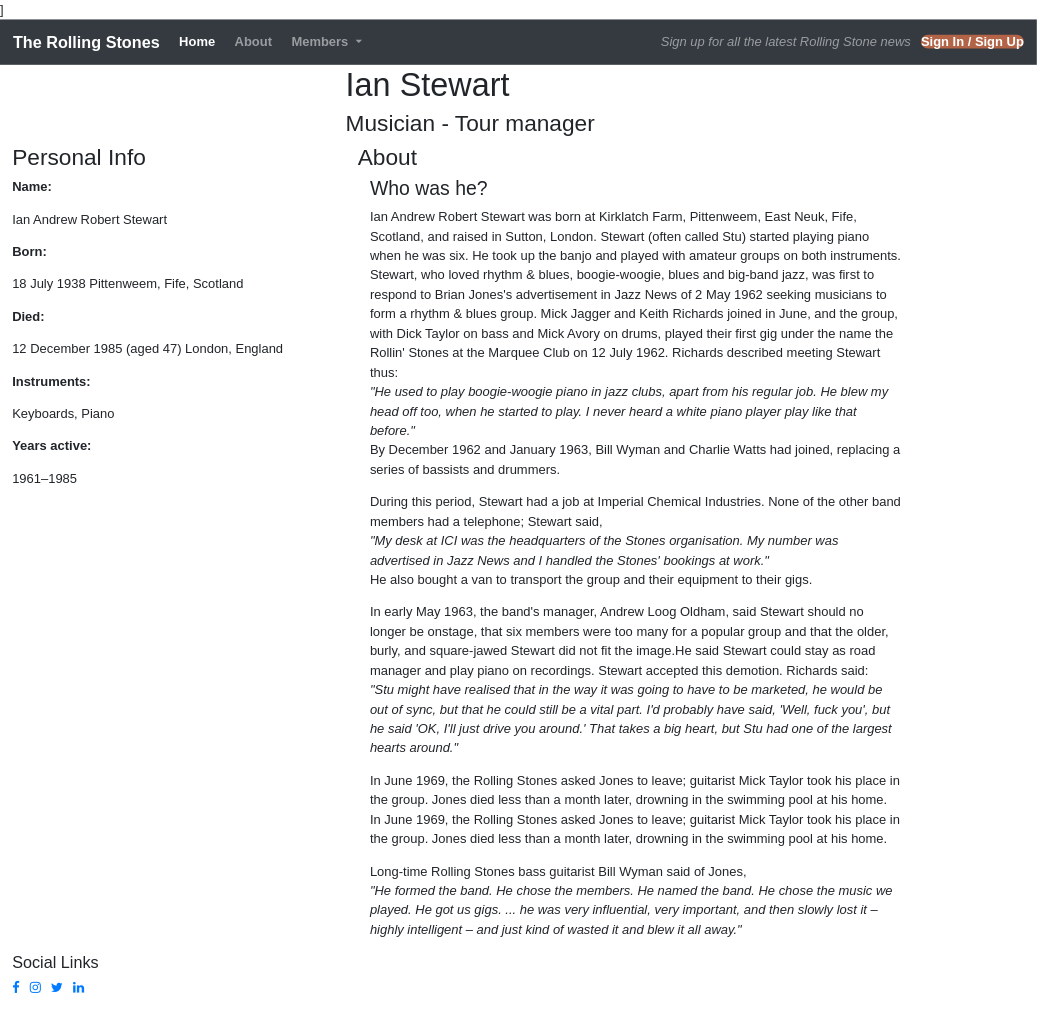
Repository: TecDruid/rolling-stones-fan-site
Page: ian-stewart.html
The author's editor kept a record of every edit. The page is drawn from the files as they stood at one moment, then again after the next edit.
The browser window is 1280 px wide. The pictures show the whole page, at 81% of full size.
Some web fonts or font styles are not loaded; a fallback is used. Some web libraries are served in a nearby version.

Above is the page before.

After the next edit:
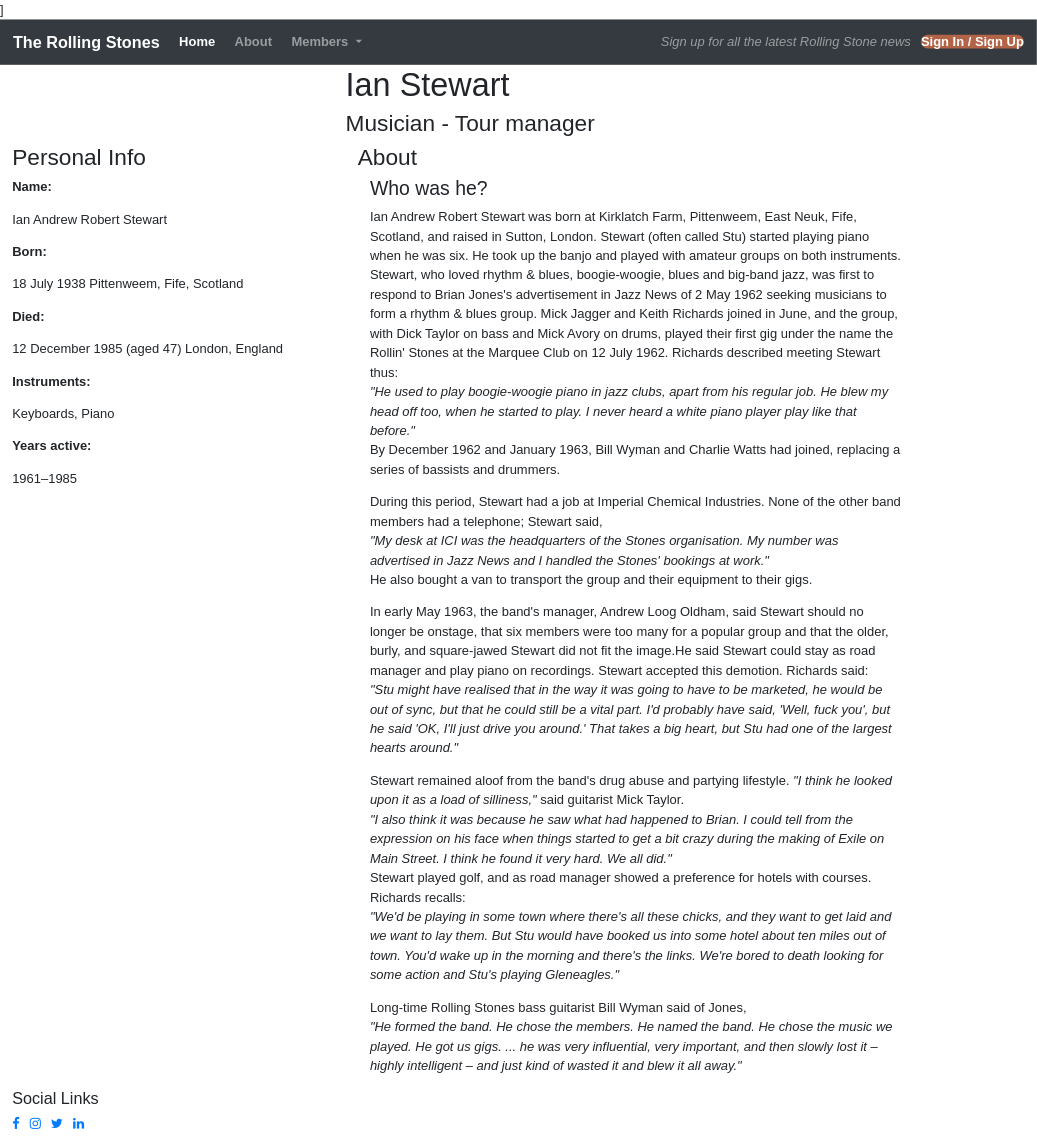
The edit:
--- a/ian-stewart.html
+++ b/ian-stewart.html
@@ -167,8 +167,7 @@
                         In early May 1963, the band's manager, Andrew Loog Oldham, said Stewart should no longer be onstage, that six members were too many for a popular group and that the older, burly, and square-jawed Stewart did not fit the image.He said Stewart could stay as road manager and play piano on recordings. Stewart accepted this demotion. Richards said: <br/> <i>"Stu might have realised that in the way it was going to have to be marketed, he would be out of sync, but that he could still be a vital part. I'd probably have said, 'Well, fuck you', but he said 'OK, I'll just drive you around.' That takes a big heart, but Stu had one of the largest hearts around."</i>
                     </p>
                     <p>
-                        In June 1969, the Rolling Stones asked Jones to leave; guitarist Mick Taylor took his place in the group. Jones died less than a month later, drowning in the swimming pool at his home. In June 1969, the Rolling Stones asked Jones to leave; guitarist Mick
-                        Taylor took his place in the group. Jones died less than a month later, drowning in the swimming pool at his home.
+                        Stewart remained aloof from the band's drug abuse and partying lifestyle. <i>"I think he looked upon it as a load of silliness,"</i> said guitarist Mick Taylor. <br/><i>"I also think it was because he saw what had happened to Brian. I could tell from the expression on his face when things started to get a bit crazy during the making of Exile on Main Street. I think he found it very hard. We all did."</i><br/> Stewart played golf, and as road manager showed a preference for hotels with courses. Richards recalls: <br/><i>"We'd be playing in some town where there's all these chicks, and they want to get laid and we want to lay them. But Stu would have booked us into some hotel about ten miles out of town. You'd wake up in the morning and there's the links. We're bored to death looking for some action and Stu's playing Gleneagles."</i>
                     </p>
                     <p>Long-time Rolling Stones bass guitarist Bill Wyman said of Jones, <br/><i>"He formed the band. He chose the members. He named the band. He chose the music we played. He got us gigs. ... he was very influential, very important, and then slowly
                         lost it – highly intelligent – and just kind of wasted it and blew it all away."</i>
